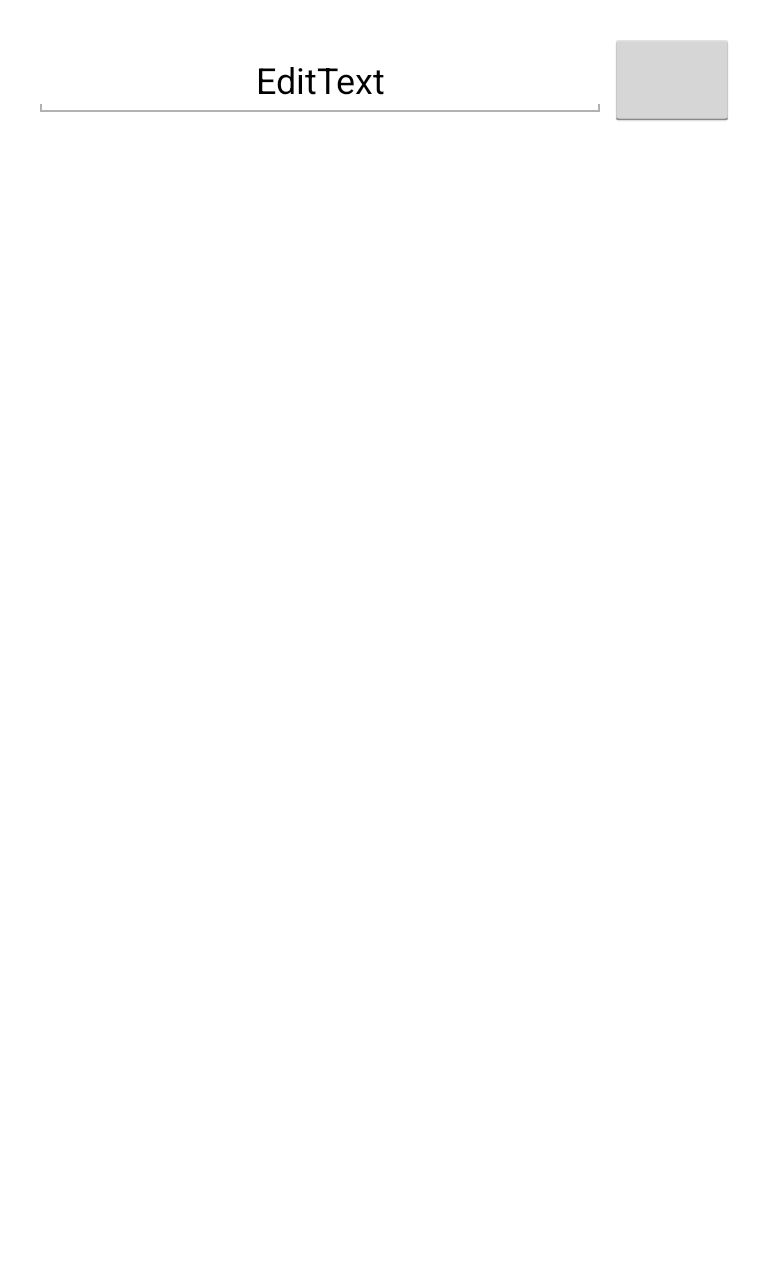
Repository: jinpp/Android
Layout: UILayoutTest/res/layout/activity_main.xml
The author's editor kept a copy of each file at every save. The layout is drawn from the files as they stood at one save, then again after the next save.
It is drawn on a 768 x 1280 px phone screen (xhdpi) without system bars, with theme AppTheme; the app's code is not run.

Above is the layout before, as saved 2016-11-16 06:51:30.

After the next save:
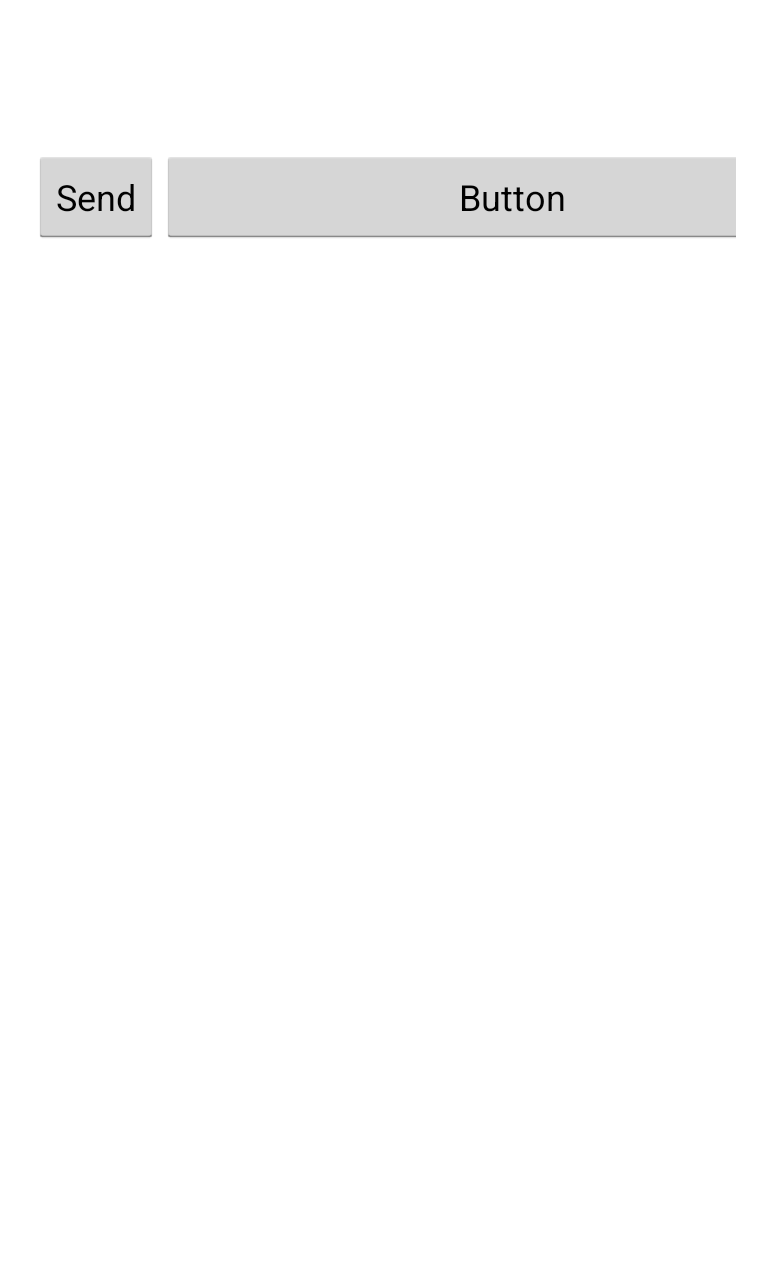
Saved 5 s later.
--- a/UILayoutTest/res/layout/activity_main.xml
+++ b/UILayoutTest/res/layout/activity_main.xml
@@ -23,10 +23,14 @@
         android:id="@+id/button1"
         android:layout_width="wrap_content"
         android:layout_height="wrap_content"
-        android:text="@id/button1"
+        android:text="Send"
          />
 
-
+<Button
+        android:id="@+id/button1"
+        android:layout_width="match_parent"
+        android:layout_height="wrap_content"
+        android:text="Button" />
 
 
 

After the save that followed:
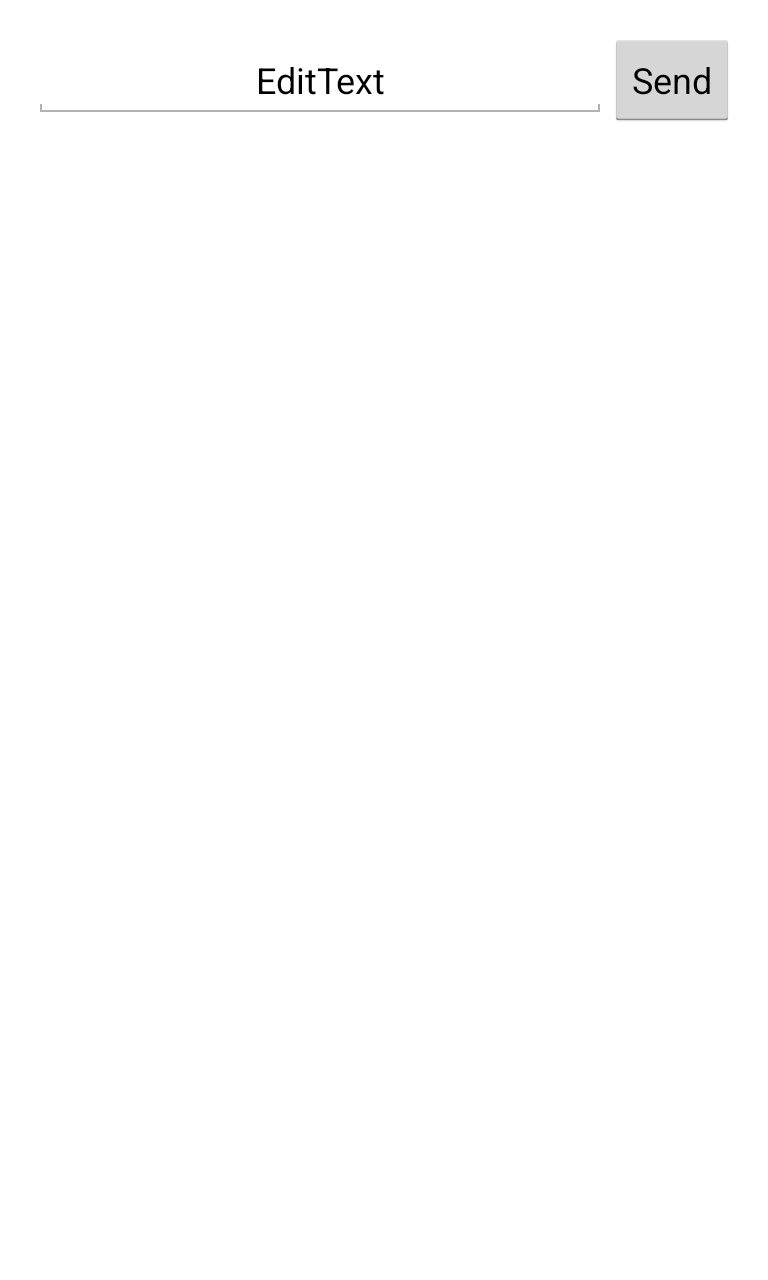
Saved 9 s later.
--- a/UILayoutTest/res/layout/activity_main.xml
+++ b/UILayoutTest/res/layout/activity_main.xml
@@ -26,11 +26,6 @@
         android:text="Send"
          />
 
-<Button
-        android:id="@+id/button1"
-        android:layout_width="match_parent"
-        android:layout_height="wrap_content"
-        android:text="Button" />
 
 
 
